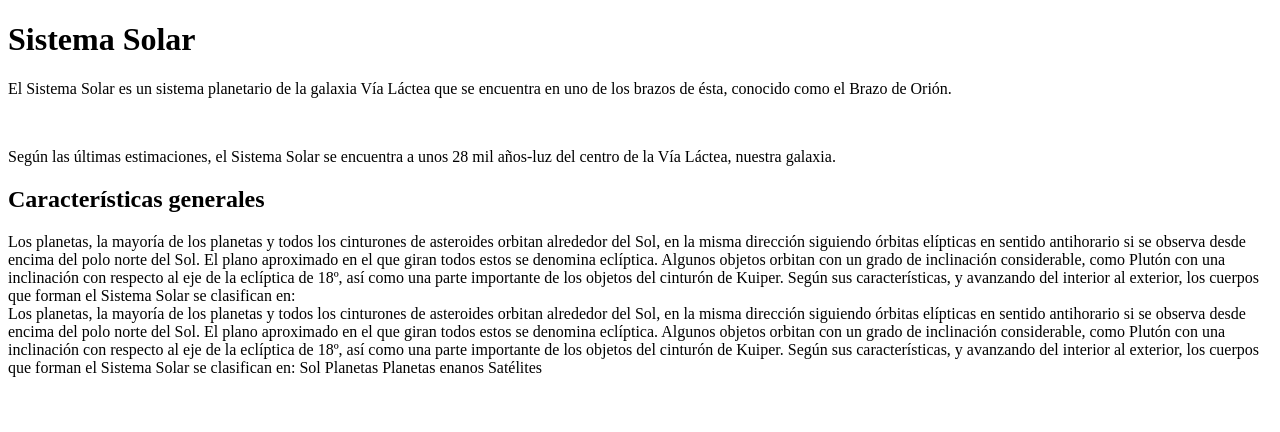
Repository: gustavomanfre/Curso_Front_End_Digitalers
Page: Unidad1/M1 - Laboratorio_02/index.html
The author's editor kept a copy of each file at every save. The page is drawn from the files as they stood at one save, then again after a run of saves.
The browser window is 1280 px wide. The pictures show the whole page.

Above is the page before, as saved 2022-05-25 20:59:31.

After the next 3 saves:
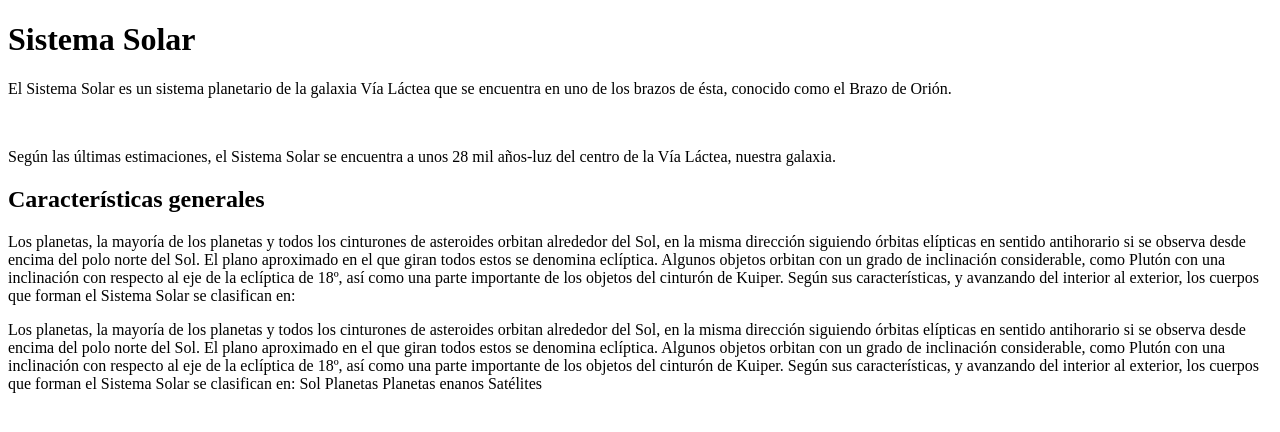
The 3 saves are shown as one change because they came seconds apart.
The last was saved 8 s later.
--- a/Unidad1/M1 - Laboratorio_02/index.html
+++ b/Unidad1/M1 - Laboratorio_02/index.html
@@ -16,13 +16,14 @@
     <main>
         <h2>Características generales</h2>
         <section>
-            <p></p>
+            <p>
         Los planetas, la mayoría de los planetas y todos los cinturones de asteroides orbitan alrededor del Sol, en la misma dirección
         siguiendo órbitas elípticas en sentido antihorario si se observa desde encima del polo norte del Sol.
         El plano aproximado en el que giran todos estos se denomina eclíptica. Algunos objetos orbitan con un grado de inclinación
         considerable, como Plutón con una inclinación con respecto al eje de la eclíptica de 18º, así como una parte importante de los
         objetos del cinturón de Kuiper. Según sus características, y avanzando del interior al exterior, los cuerpos que forman el Sistema
         Solar se clasifican en:
+    </p>
         </section>
 
     </main>
